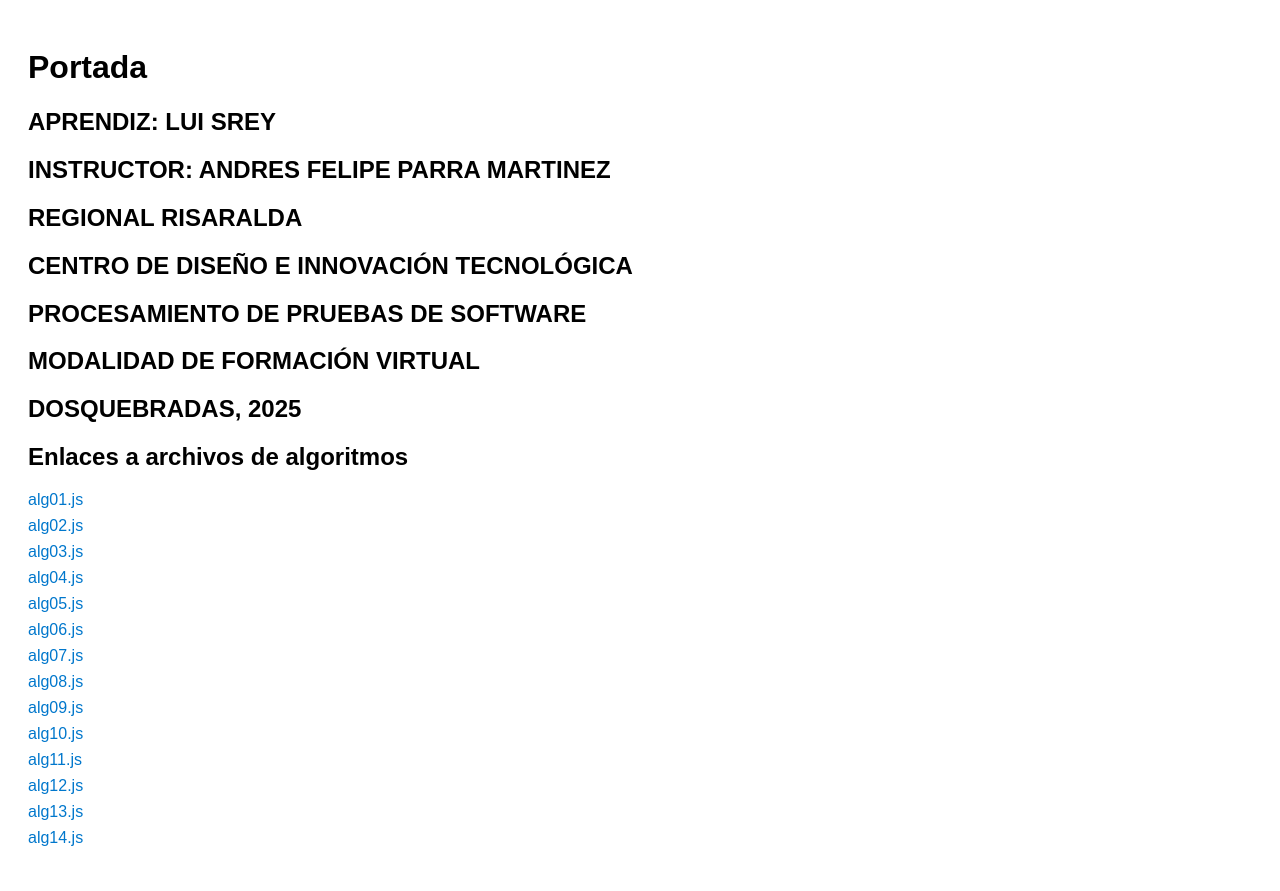
Repository: rlhardrock/SENATallerAlgoritmos01
Page: algoritmo.html
These files come from the project's save history. The page is drawn as it stood at one moment and after the next save; the edit follows.
The browser window is 1280 px wide. The pictures show the whole page.

Above is the page before, as saved 2025-04-23 16:16:22.

### algoritmo.html
<!DOCTYPE html>
<html lang="es">
<head>
  <meta charset="UTF-8">
  <title>Portada y Enlaces a Algoritmos</title>
  <style>
    body {
      font-family: Arial, sans-serif;
      padding: 20px;
    }
    ul {
      list-style: none;
      padding-left: 0;
    }
    li {
      margin: 8px 0;
    }
    a {
      text-decoration: none;
      color: #0077cc;
    }
    a:hover {
      text-decoration: underline;
    }
  </style>
</head>
<body>

  <h1>Portada</h1>
  <div>
    <h2></h2>
    <h2>APRENDIZ: LUI SREY</h2>
    <h2>INSTRUCTOR: ANDRES FELIPE PARRA MARTINEZ</h2>
    <h2></h2>
    <h2>REGIONAL RISARALDA</h2>
    <h2>CENTRO DE DISEÑO E INNOVACIÓN TECNOLÓGICA</h2>
    <h2>PROCESAMIENTO DE PRUEBAS DE SOFTWARE</h2>
    <h2>MODALIDAD DE FORMACIÓN VIRTUAL</h2>
    <h2>DOSQUEBRADAS, 2025</h2>
  </div>

  <h2>Enlaces a archivos de algoritmos</h2>
  <ul>
    <li><a href="alg01.js">alg01.js</a></li>
    <li><a href="alg02.js">alg02.js</a></li>
    <li><a href="alg03.js">alg03.js</a></li>
    <li><a href="alg04.js">alg04.js</a></li>
    <li><a href="alg05.js">alg05.js</a></li>
    <li><a href="alg06.js">alg06.js</a></li>
    <li><a href="alg07.js">alg07.js</a></li>
    <li><a href="alg08.js">alg08.js</a></li>
    <li><a href="alg09.js">alg09.js</a></li>
    <li><a href="alg10.js">alg10.js</a></li>
    <li><a href="alg11.js">alg11.js</a></li>
    <li><a href="alg12.js">alg12.js</a></li>
    <li><a href="alg13.js">alg13.js</a></li>
    <li><a href="alg14.js">alg14.js</a></li>
  </ul>

</body>
</html>

After the next save:
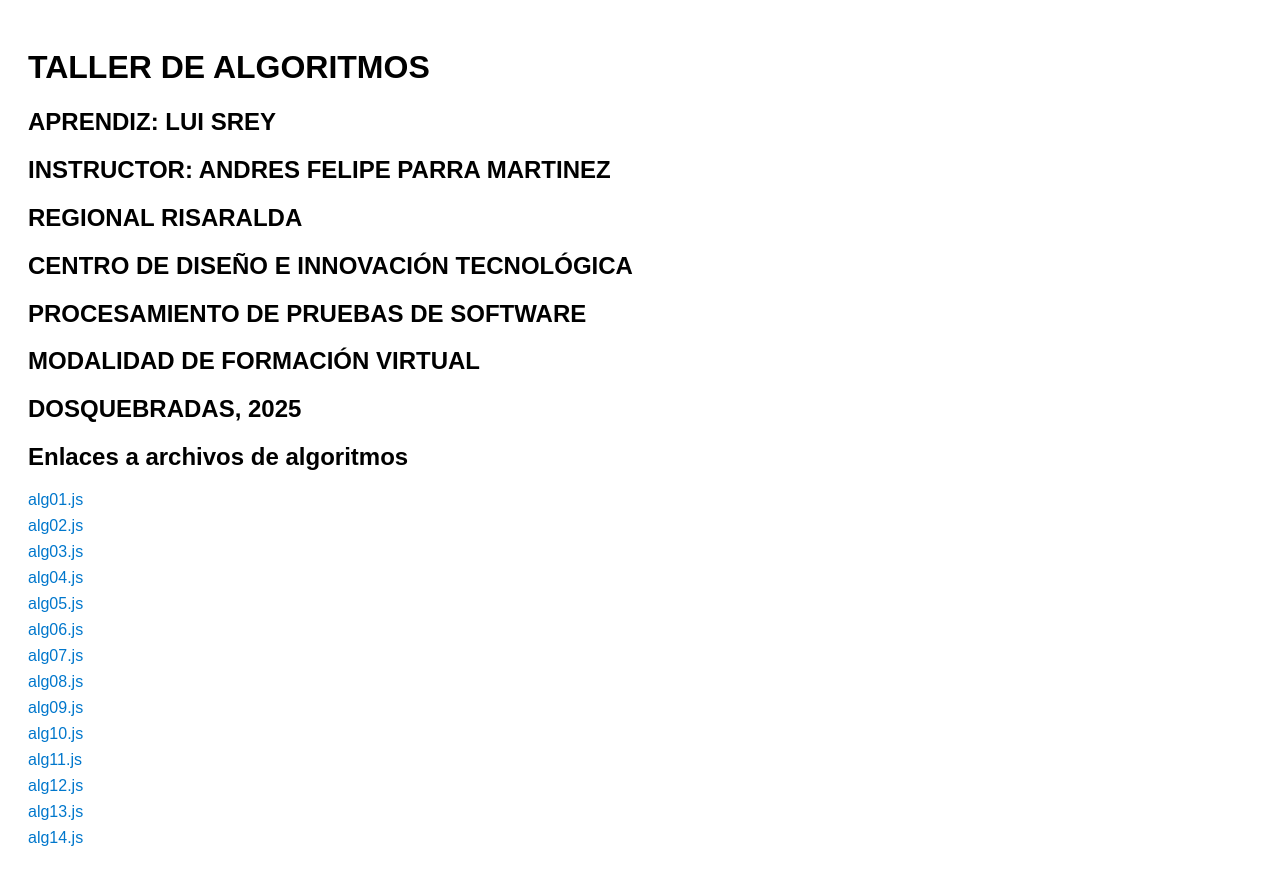
Saved 17 s later.
--- a/algoritmo.html
+++ b/algoritmo.html
@@ -26,7 +26,7 @@
 </head>
 <body>
 
-  <h1>Portada</h1>
+  <h1>TALLER DE ALGORITMOS</h1>
   <div>
     <h2></h2>
     <h2>APRENDIZ: LUI SREY</h2>
